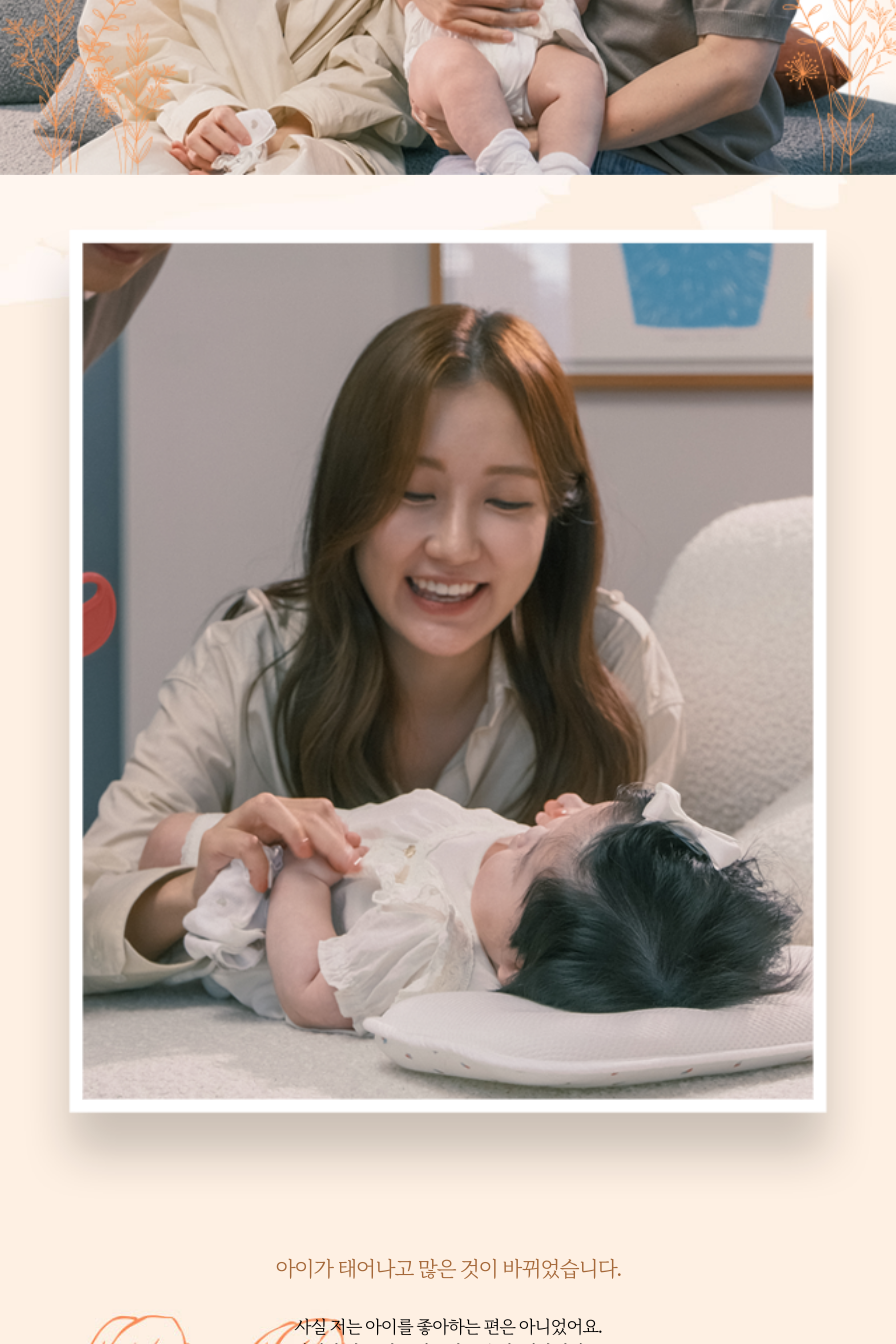
Repository: dlgywls1130/saveTheChildren_2024
Page: index.html
The author's editor kept a copy of each file at every save. The page is drawn from the files as they stood at one save, then again after the next save.
The browser window is 1280 px wide. The pictures show the part of the page from y = 2707 to 4627 px (the page is 18910 px tall before and 18874 px after), at 70% of full size.
Some web fonts or font styles are not loaded; a fallback is used. The style sheet was rebuilt from its Sass, Less or Tailwind sources for each picture, by a compiler version that may differ from the author's.

Above is the page before, as saved 2024-11-04 01:41:18.

### index.html
<!DOCTYPE html>
<html lang="en">
<head>
    <meta charset="UTF-8">
    <meta name="viewport" content="width=device-width, initial-scale=1.0">
    <title>Document</title>

    <link rel="stylesheet" href="./css/common.css">
    <link rel="stylesheet" href="https://cdn.jsdelivr.net/npm/swiper@11/swiper-bundle.min.css" />
</head>
<body>

    <!-- main -->
    <section class="main_container py-80">
        <div class="container">
            <div class="logo_title mb-40">
                <img src="./images/logo.png" alt="logo">
                <p>우리 아기 좋은 날 기부</p>
            </div>

            <p class="sub_title mb-40">
                의사 오진승, 아나운서 김도연 가족과 함께하는
            </p>

            <h2 class="mb-40">우리 아기<br>좋은 날 일기</h2>

            <p class="sub_span_text mb-40">
                여러분은 자녀의 소중한 순간을<br>
                어떻게 기념 하시나요?
            </p>

            <p class="sub_descript">
                보통 사진을 찍고 영상을 남기는<br> 분들이 많으실 거에요. <br>
                우리 아이의 소중한 날을<br> 특별하게 기념하는 방법을<br>
                소개해드릴게요
            </p>


        </div>

        <a href="#" class="record_btn">
            <img src="/images/pencle.png" alt="pencle">
            <p>우리 아기 좋은 날 기록하기</p>
        </a>
    </section>

    <!-- 스토리섹션 -->

    <section class="story_section">
        <div class="container pt-100">

            <!-- 영상 -->

            <div class="video_container mb-150 ">
                <video></video>
            </div>

            <div class="story_01 mb-70">
                <p class="s01 mb-60">
                    “유튜브 <닥터프렌즈>를 운영하는<br> 정신과 전문의 오진승,
                    <br>KBS 전 아나운서, 현 프리랜서 방송인 김도연입니다.
                </p>

                <p class="s01_1 mb-60">
                    세이브더칠드런과는 자립지원아동들과<br> 미혼모가정을 위해
                    <br>기부하며 인연을 이어오고 있습니다.
                </p>

                <p class="s01_2">
                    지난 4월, 첫 딸 수빈이가 저희에게 찾아와 주었어요.”
                </p>

                <img src="/images/s1_1.png" alt="story">
            </div>


            <div class="story_02 mb-100">
                <div class="story_02_01">
                    <div class="story_image">
                        <img src="/images/s2_1.png" alt="stroy">
                    </div>
                    <div class="story_text-contain py-50">
                        <p class="story_text_01 mb-50">
                            아이가 태어나고 많은 것이 바뀌었습니다.
                        </p>
                        <p class="story_text_02 mb-50">
                            사실 저는 아이를 좋아하는 편은 아니었어요.
                            <br>하지만 낳고 처음 마주하는 순간, 생각했어요.
                        </p>
                        <p class="story_text_03 mb-50">
                            ‘천년의 사랑이 시작되었다.’
                        </p>

                        <p class="story_text_04">
                            지금은 힘들어도 아이 얼굴만 보면 웃음이 나와요.
                        </p>
                    </div>


                </div>
            </div>

            <div class="story_03 mb-100">
                <div class="story_03_01">

                    <div class="story_image">
                        <img src="/images/s3_1.png" alt="stroy">
                    </div>

                    <div class="story_text-contain py-50">
                        <p class="story_text_01 mb-100">
                            내 자녀를 볼 때,
                            <br>의학적으로 마음에 드는
                            <br>이성을 보았을 때의
                            <br>10배에 달하는 도파민이 나온대요.
                        </p>
                        <p class="story_text_02 mb-60">
                            저는 현재에 안주하며 사는
                            <br>편이었는데, 딸이 태어난 후부터
                            <br>삶에 대해 더 고민하고.
                            <br>잘하려고 노력하고 있어요.
                        </p>
                        <p class="story_text_03">
                            아이가 삶의 원동력이 된 셈이죠.
                        </p>

                    </div>

                </div>
            </div>

            <div class="story_04">
                <div class="story04_01 mb-100">

                    <div class="story_image">
                        <img src="/images/s4_1.png" alt="stroy">
                    </div>

                    <div class="story_text-contain py-50">
                        <p class="story_text_01 mb-30">
                            요즘은 수빈이와 함께 놀이터 갈 날을
                            <br>손꼽아 기다리고 있어요.
                        </p>
                        <p class="story_text_02">
                            아직 말귀도 못 알아듣는 아이한테
                            <br>“너 언제 커서 아빠랑 놀이터 갈래?”
                            <br>묻고는 하죠.

                        </p>

                    </div>

                </div>

                <div class="story04_02 mb-100">

                    <div class="story_image">
                        <img src="/images/s4_2.png" alt="stroy">
                    </div>

                    <div class="story_text-contain pt-30">
                        <p class="story_text_01 mb-30">
                            아이를 정신없이 키우다 보니
                            <br>탄생의 순간이 희미해지고 있었어요.
                        </p>
                        <p class="story_text_02">
                            우리 아기 좋은 날 캠페인에
                            <br>참여해서 직접 기념일 이야기를 담은
                            <br>후원감사증서를 받아보니,
                            <br>그때 생각이 나서 너무 좋았어요.

                        </p>

                    </div>


                </div>
            </div>

            <div class="story_05">
                <div class="story_05_01 pt-80 mb-50">

                    <div class="story_text mb-30">
                        “아이가 건강하게 발달단계를 해내는
                        <br>소중한 순간에 기부를 하면
                        <br>수빈이가 더 건강하고,행복하게
                        <br>자라게 되지 않을까요?
                        <br>
                        <br>소중한 순간마다 기부하고
                        <br>앨범처럼 남겨서 보여주면
                        <br>자랑스러운 부모가 될 것 같아요”
                    </div>

                    <div class="img_story">
                        <img src="/images/s5_1.png">
                    </div>
                </div>

                <div class="story_05_02  pt-80 px-60 mb-100">

                    <div class="story_text mb-30">
                        “저는 칭찬 받거나 스스로에게 자부심을
                        <br>느낀 순간은 오래 기억된다고 생각해요.
                        <br>
                        <br>내 아이에게 ‘네가 첫 양치질을 잘 해낸
                        <br>기념으로  다른 친구를 도왔어.’ 라고
                        <br>말해준다면 그 뿌듯함을 밑거름으로
                        <br>자기 자신과 다른 사람 모두 사랑할 수 있는
                        <br>아이로 성장하지 않을까요?”
                    </div>

                    <div class="img_story">
                        <img src="/images/s5_2.png">
                    </div>

                </div>


                <div class="middle_cotain">
                    <p class="mb-100">
                        첫 걸음마, 첫돌,
                        <br>처음 엄마 아빠를 부른 날,
                        <br>처음 비를 맞아본 날, 처음 놀이터에 간 날
                        <br>그 소중한 순간을 기부로 기록해보세요.
                    </p>

                    <p class="mb-100">후원해주신 모든 분들께 <br>
                        직접 작성한 기념일 이야기가 담긴<br>
                        <span>후원감사증서</span>를 드리며,
                        <br>30만원 이상 후원해 주신 분들께는
                        <br>이름을 수놓은 <span>순면거즈블랭킷</span>을<br>
                        증정하고 있습니다.
                    </p>

                    <div class="swiper middle-slide mb-100 ">
                        <div class="swiper-wrapper pb-50">
                            <div class="swiper-slide">
                                <img src="/images/s6_1.png">
                            </div>
                            <div class="swiper-slide">
                                <img src="/images/s6_2.png">
                            </div>
                        </div>
                        <div class="swiper-pagination"></div>
                    </div>



                </div>



            </div>


        </div>
        <a href="#" class="record_btn">
            <img src="/images/pencle.png" alt="pencle">
            <p>우리 아기 좋은 날 기록하기</p>
        </a>

    </section>

    <!-- info -->

    <section class="sponsor_section">

        <div class="container py-80">

            <!-- 후원신청 -->
            <div class="sponsor-container pt-100 mb-150">
                <h2 class="mb-80">후원신청 과정</h2>

                <div class="sponsor_list  mb-80">
                    <div class="sponsor_list_inner">
                        <div class="list-inner-img">
                            <img src="/images/circle_1.png" alt="sponsor">
                        </div>
                        <p>후원신청하기</p>

                    </div>

                    <div class="sponsor_list_inner">
                        <div class="list-inner-img">
                            <img src="/images/circle_2.png">
                        </div>
                        <p>후원감사증서<br>메시지 적기</p>

                    </div>

                    <div class="sponsor_list_inner">
                        <div class="list-inner-img">
                            <img src="/images/circle_3.png">
                        </div>
                        <p>신청완료</p>

                    </div>

                    <div class="sponsor_list_inner">
                        <div class="list-inner-img">
                            <img src="/images/circle_4.png">
                        </div>
                        <p>후원감사증서 발송<br>(1주일이내)</p>

                    </div>
                </div>

                <p class="info-span">
                    30만원 이상 후원자 분들께는
                    <br>순면거즈블랭킷 제작을 위한
                    <br>문자가 별도 발송됩니다.
                    <br>(후원 2-3일 이내)
                </p>
            </div>


            <div class="sponsor-inner mb-150">
                <h2 class="mb-100">후원금, 이렇게 쓰여요!</h2>

                <p class="mb-100">
                    세이브더칠드런은
                    <br>국내외 아동을 위해 생계지원,
                    <br>의료지원, 긴급구호 등의 활동을
                    <br>진행하고 있습니다.
                    <br>
                    <br>보내주신 후원금은
                    <br>정치, 종교, 인종에 관계없이
                    <br>가장 도움이 필요한 아이를 위해
                    <br>우선 사용됩니다.

                </p>

                <img src="/images/baby.png">
            </div>

            <div class="faq_section">
                <div class="container">
                    <h2 class="mb-40">FAQ</h2>

                    <ul class="faq_list">
                        <li>
                            <div class="faq_question">
                                <p>30만원 이상 후원했습니다.
                                    <br>거즈 순면 블랭킷은 언제 오나요?</p>
                            </div>
                            <div class="faq_answer">
                                우리아기 축하기부로 30만원 이상 후원자님들께는
                                <br>담요에 수놓을 아기 이름과 선물 수령 주소 확인을 위한
                                <br>문자가 발송됩니다. 02-6900-4479로 발송되는
                                <br>문자 속 설문조사에 답해주세요.
                                <br>확인을 완료하신 분들께는 블랭킷 제작을 담당하고 있는
                                <br>조니 스튜디오에서 아기 이름 자수  작업 완료 후 배송해 드립니다.


                            </div>
                        </li>
                        <li>
                            <div class="faq_question">
                                <p>순면 거즈 블랭킷, 안전한 제품인가요? </p>
                            </div>
                            <div class="faq_answer">
                                본 블랭킷은 워싱된 3중 거즈로 제작되었으며,
                                <br>KC안전검사를 완료하였습니다.
                                <br>소재 특성상 섬유 조각이 발생할 수 있어 망에 넣지 않고
                                <br>3번 정도 물빨래 하시는 것을 권장합니다.


                            </div>
                        </li>
                        <li>
                            <div class="faq_question">
                                <p>순면 거즈 블랭킷을 받았는 데 하자가 있어요.
                                    <br>어떻게 해야 하나요? </p>
                            </div>
                            <div class="faq_answer">
                                물품에 동봉된 조니스튜디오 연락처로 연락 부탁드립니다.
                                <br>하자 물품에 대한 교환은 수령일로부터 7일 이내에
                                <br>조니스튜디오에 연락해주셔야 하며,
                                <br>이로 인한 후원금 환불은 어렵습니다.

                            </div>
                        </li>
                        <li>
                            <div class="faq_question">
                                <p>후원감사증서에 넣을 수 있는 사진 사이즈는 얼마인가요?</p>
                            </div>
                            <div class="faq_answer">
                                사진 인화 사이즈 5*7 인치에 맞추어서 제작되었습니다.
                                <br>그보다 작은 사진일 경우,  후원감사증서 내부의 주머니에
                                <br>넣어 보관하실 수도  있습니다.

                            </div>
                        </li>
                    </ul>
                </div>
            </div>
        </div>

        <a href="#" class="record_btn">
            <img src="/images/pencle.png" alt="pencle" class="pencle-img">
            <p>좋은 날 기록하기</p>

            <img src="/images/floating.png" alt="float_image" class="float_image">
        </a>
    </section>

    <script src="https://cdn.jsdelivr.net/npm/swiper@11/swiper-bundle.min.js"></script>
    <script src="./js/slide.js"></script>
</body>
</html>

Loaded but not shown: js/slide.js (9 lines, source omitted); css/common.scss (1060 lines, source omitted)

After the next save:
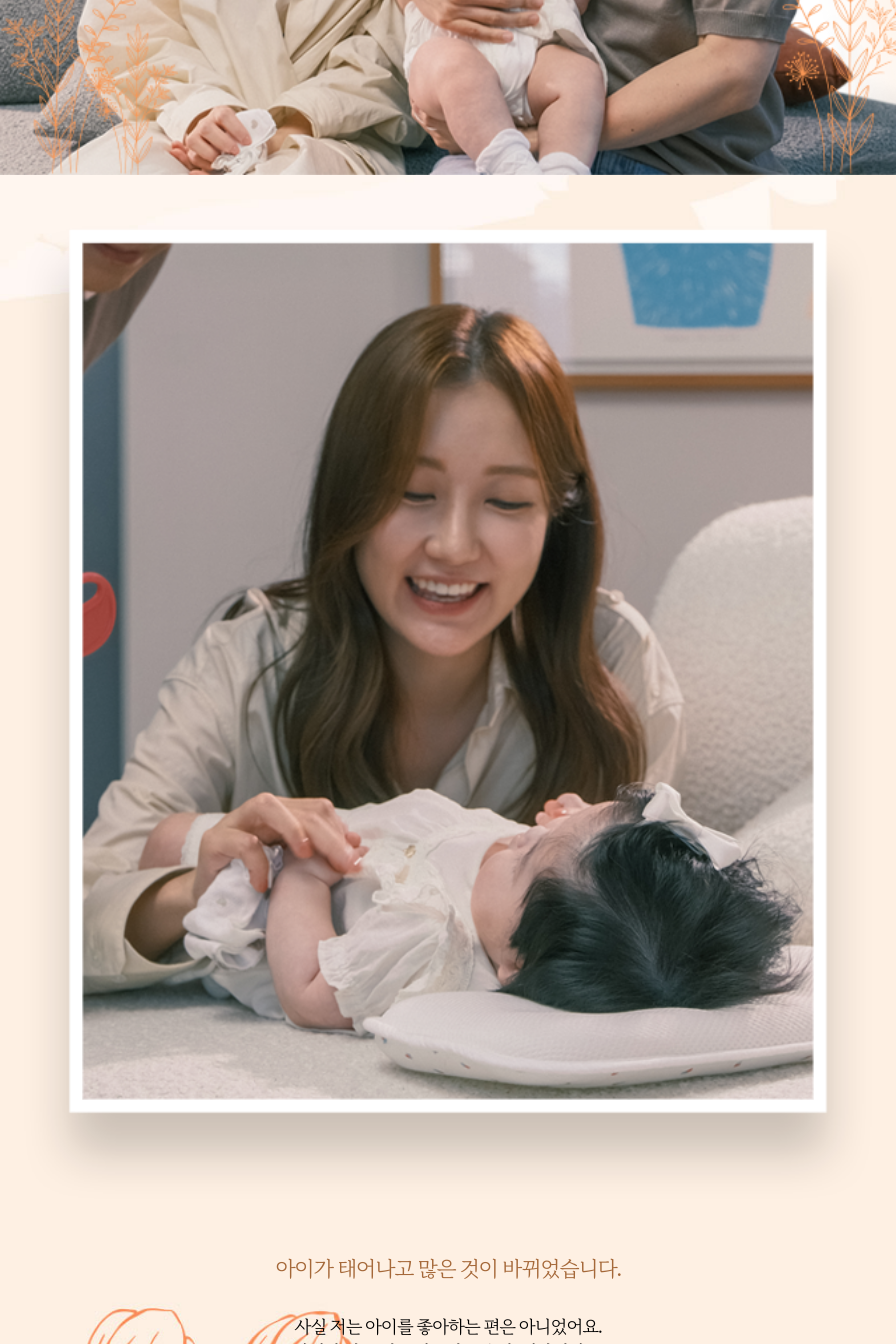
Saved 22 h 11 min later.
--- a/index.html
+++ b/index.html
@@ -155,7 +155,7 @@
                 <div class="story04_02 mb-100">
 
                     <div class="story_image">
-                        <img src="/images/s4_2.png" alt="stroy">
+                        <img src="/images/s4_2.jpg" alt="stroy">
                     </div>
 
                     <div class="story_text-contain pt-30">
